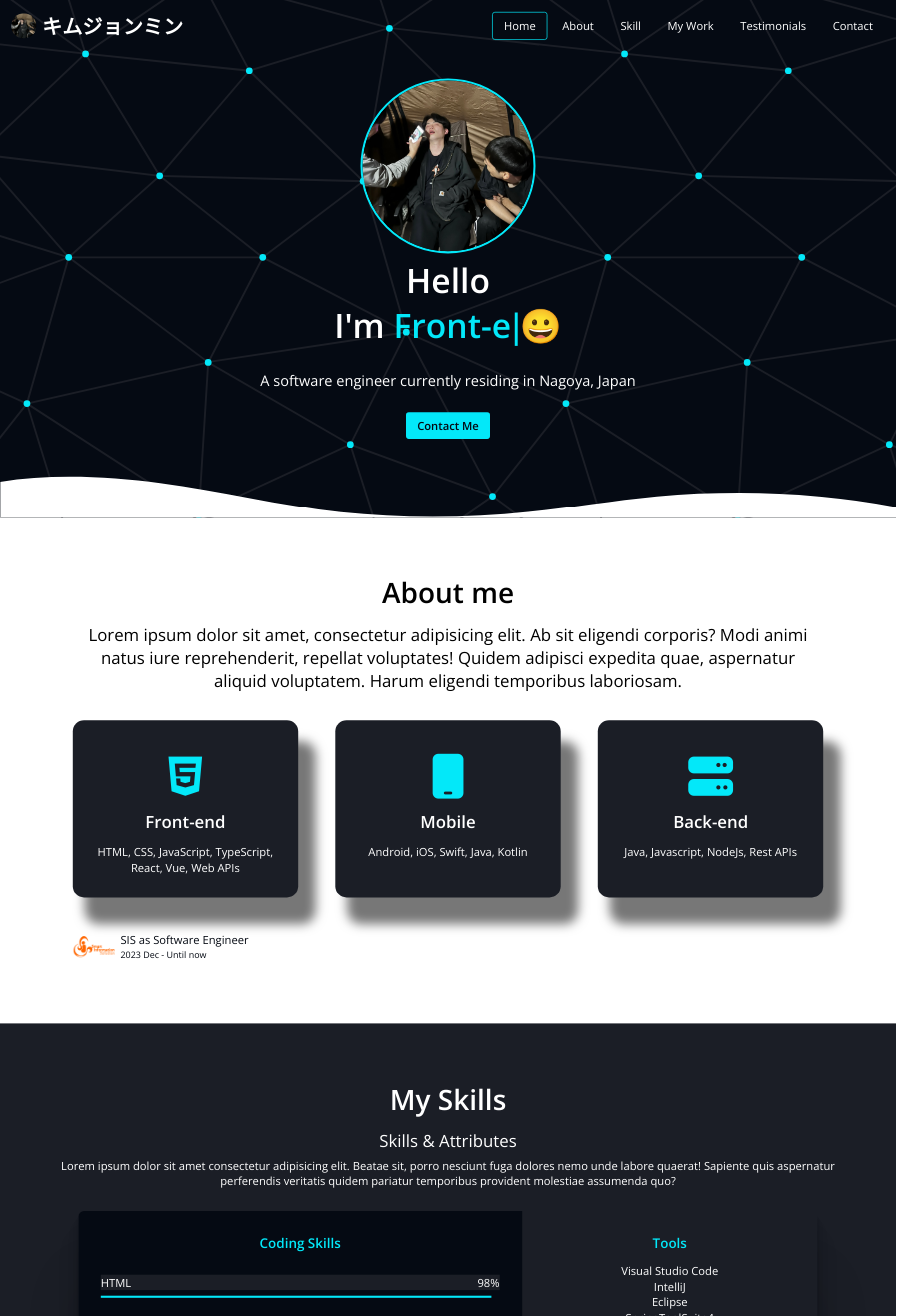
Repository: N1C0N1C0/Portfolio
Page: index.html
The author's editor kept a copy of each file at every save. The page is drawn from the files as they stood at one save, then again after a run of saves.
The browser window is 1280 px wide. The page is 1281 px wide, so the pictures cover 1281 px, including what lies to the right of the window. The pictures show the part of the page from y = 0 to 1880 px (the page is 4463 px tall), at 70% of full size.
Some web libraries are served in a nearby version.

Above is the page before, as saved 2024-01-05 00:28:51.

### index.html
<!DOCTYPE html>
<html lang="jp">
<head>
    <meta charset="UTF-8">
    <meta name="viewport" content="width=device-width, initial-scale=1.0">
    <!-- SEO -->
    <title>My&#39s Portfolio</title>
    <meta
        name="description"
        content="Portfolio for job change"
    />
    <meta
        name="author" content="KimJeongmin"
    />
    <link rel="shortcut icon" href="images/favicon.ico" type="image/x-icon">
    <!-- OG(OPEN Graph Data) -->
    <meta property="og:title" content="Portfolio"/>
    <meta property="og:type" content="website"/>
    <meta property="og:url" content="https://n1c0n1c0.github.io/Portfolio/"/>
    <meta property="og:image" content="https://n1c0n1c0.github.io/Portfolio/images/og.webp"/>
    <!-- Google Fonts -->
    <link rel="preconnect" href="https://fonts.googleapis.com">
    <link rel="preconnect" href="https://fonts.gstatic.com" crossorigin>
    <link href="https://fonts.googleapis.com/css2?family=Noto+Sans+JP:wght@300;400;500&family=Open+Sans:wght@400;600&display=swap" rel="stylesheet">
    <!-- Font Awesome -->
    <script src="https://kit.fontawesome.com/04742e9fab.js" crossorigin="anonymous"></script>
    <!-- Typeit -->
    <script src="https://unpkg.com/typeit@@{TYPEIT_VERSION}/dist/index.umd.js"></script>
    <!-- CSS -->
    <link rel="stylesheet" href="css/style.css">
    <!-- Javascript -->
    <script type="module" src="src/main.js" defer></script>
    <script type="module" src="src/projects.js" defer></script>
    <script type="module" src="src/active_menu.js" defer></script>
    <script type="module" src="src/type.js" defer></script>
</head>
<body>
    <!-- Header -->
    <header class="header">
        <div class="header__logo">
            <img class="header__logo__img" src="images/favicon.ico" alt="logo" />
            <h1 class="header__logo__title"><a href="#">キムジョンミン</a></h1>
        </div>
        <nav class="header__nav">
            <ul class="header__menu">
                <li><a class="header__menu__item active" href="#home">Home</a></li>
                <li><a class="header__menu__item" href="#about">About</a></li>
                <li><a class="header__menu__item" href="#skills">Skill</a></li>
                <li><a class="header__menu__item" href="#work">My Work</a></li>
                <li><a class="header__menu__item" href="#testimonials">Testimonials</a></li>
                <li><a class="header__menu__item" href="#contact">Contact</a></li>
            </ul>
        </nav>
        <button class="header__toggle" aria-label="navigation menu toggle">
            <i class="fa-solid fa-bars"></i>
        </button>
    </header>
    <!-- Main -->
    <main>
        <!-- Home -->
        <section id="home">
            <div class="home__container">
                <img class="home__avatar" src="images/profile.JPG" alt="profile">
                <h2 class="home__title">Hello<br/> I&#39;m <strong class="home__title--strong">Jeongmin Kim</strong> 😀 </h2>
                <p class="home__description">A software engineer currently residing in Nagoya, Japan</p>
                <a class="home__contact" href="#contact">Contact Me</a>
            </div>

        </section>
        <!-- About -->
        <section id="about" class="section max-container">
            <h2 class="title">About me</h2>
            <p class="description">
                Lorem ipsum dolor sit amet, consectetur adipisicing elit. Ab sit eligendi corporis? Modi animi natus iure reprehenderit, repellat voluptates! Quidem adipisci expedita quae, aspernatur aliquid voluptatem. Harum eligendi temporibus laboriosam.
            </p>
            <ul class="majors">
                <li class="major">
                    <i class="fa-brands fa-html5 major__icon"></i>
                    <p class="major__title">Front-end</p>
                    <p>HTML, CSS, JavaScript, TypeScript, React, Vue, Web APIs</p>
                </li>
                <li class="major">
                    <i class="fa-solid fa-mobile major__icon"></i>
                    <p class="major__title">Mobile</p>
                    <p>Android, iOS, Swift, Java, Kotlin</p>
                </li>
                <li class="major">
                    <i class="fa-solid fa-server major__icon"></i>
                    <p class="major__title">Back-end</p>
                    <p>Java, Javascript, NodeJs, Rest APIs</p>
                </li>
            </ul>
            <ul class="jobs">
                <li class="job">
                    <img class="job__img" src="images/sis_image.png" alt="株式 SIS">
                    <div>
                        <p class="job__name">SIS as Software Engineer</p>
                        <p class="job__period">2023 Dec - Until now</p>
                    </div>
                </li>
            </ul>
        </section>
        <!-- Skills -->
        <section id="skills" class="section">
            <div class="max-container">
                <h2 class="title">My Skills</h2>
            <p class="description">Skills & Attributes</p>
            <p>
                Lorem ipsum dolor sit amet consectetur adipisicing elit. Beatae sit, porro nesciunt fuga dolores nemo unde labore quaerat! Sapiente quis aspernatur perferendis veritatis quidem     pariatur temporibus provident molestiae assumenda quo?
            </p>
            <div class="skills">
                <section class="skills__coding">
                    <h3 class="skills__title">Coding Skills</h3>
                    <ul>
                        <li class="bar">
                            <div class="bar__metadata"><span>HTML</span><span>98%</span></div>
                            <div class="bar__bg"><div class="bar__value" style="width: 98%"></div></div>
                        </li>
                        <li class="bar">
                            <div class="bar__metadata"><span>CSS</span><span>98%</span></div>
                            <div class="bar__bg"><div class="bar__value" style="width: 98%"></div></div>
                        </li>
                        <li class="bar">
                            <div class="bar__metadata"><span>JavaScript</span><span>98%</span></div><div class="bar__bg">
                            <div class="bar__value" style="width: 98%"></div></div>
                        </li>
                        <li class="bar">
                            <div class="bar__metadata"><span>TypeScript</span><span>98%</span></div>
                            <div class="bar__bg"><div class="bar__value" style="width: 98%"></div></div>
                        </li>
                        <li class="bar">
                            <div class="bar__metadata"><span>React</span><span>98%</span></div>
                            <div class="bar__bg"><div class="bar__value" style="width: 98%"></div></div>
                        </li>
                        <li class="bar">
                            <div class="bar__metadata"><span>Java</span><span>68%</span></div>
                            <div class="bar__bg"><div class="bar__value" style="width: 68%"></div></div>
                        </li>
                    </ul>
                </section>
                <section class="skills__tools">
                    <h3 class="skills__title">Tools</h3>
                    <ul>
                        <li>Visual Studio Code</li>
                        <li>IntelliJ</li>
                        <li>Eclipse</li>
                        <li>SpringToolSuite4</li>
                    </ul>
                </section>
                <section class="skills__etc">
                    <h3 class="skills__title">Etc</h3>
                    <ul>
                        <li>Git</li>
                        <li>Post Man</li>
                        <li>Math</li>
                    </ul>
                </section>
            </div>
            </div>



        </section>
        <!-- Work -->
        <section id="work" class="section">
            <div class="max-container">
                <h2 class="title">My work</h2>
            <p class="description">Projects</p>
            <ul class="categories">
                <li><button class="category category--selected" data-category="all">All <span class="category__count">8</span></button></li>
                <li><button class="category" data-category="front-end">Front-end <span class="category__count">3</span></button></li>
                <li><button class="category" data-category="back-end">back-end <span class="category__count">3</span></button></li>
                <li><button class="category" data-category="mobile">Mobile <span class="category__count">2</span></button></li>
            </ul>
            <ul class="projects">
                <li class="project" data-type="front-end"><a href="#" target="_blank">
                    <img src="images/ncs_image.gif" alt="profile1" class="project__img">
                    <div class="project__metadata">
                        <h3 class="project__metadata__title">Project #1</h3>
                        <p>Clone Coding with HTML, CSS</p>
                    </div>
                </a></li>
                <li class="project" data-type="front-end"><a href="#" target="_blank">
                    <img src="images/ncs_image.gif" alt="profile2" class="project__img">
                    <div class="project__metadata">
                        <h3 class="project__metadata__title">Project #2</h3>
                        <p>Clone Coding with HTML, CSS</p>
                    </div>
                </a></li>
                <li class="project" data-type="front-end"><a href="#" target="_blank">
                    <img src="images/ncs_image.gif" alt="profile3" class="project__img">
                    <div class="project__metadata">
                        <h3 class="project__metadata__title">Project #3</h3>
                        <p>Clone Coding with HTML, CSS</p>
                    </div>
                </a></li>
                <li class="project" data-type="back-end"><a href="#" target="_blank">
                    <img src="images/ncs_image.gif" alt="profile4" class="project__img">
                    <div class="project__metadata">
                        <h3 class="project__metadata__title">Project #4</h3>
                        <p>Clone Coding with HTML, CSS</p>
                    </div>
                </a></li>
                <li class="project" data-type="back-end"><a href="#" target="_blank">
                    <img src="images/ncs_image.gif" alt="profile5" class="project__img">
                    <div class="project__metadata">
                        <h3 class="project__metadata__title">Project #5</h3>
                        <p>Clone Coding with HTML, CSS</p>
                    </div>
                </a></li>
                <li class="project" data-type="back-end"><a href="#" target="_blank">
                    <img src="images/ncs_image.gif" alt="profile6" class="project__img">
                    <div class="project__metadata">
                        <h3 class="project__metadata__title">Project #6</h3>
                        <p>Clone Coding with HTML, CSS</p>
                    </div>
                </a></li>
                <li class="project" data-type="mobile"><a href="#" target="_blank">
                    <img src="images/ncs_image.gif" alt="profile7" class="project__img">
                    <div class="project__metadata">
                        <h3 class="project__metadata__title">Project #7</h3>
                        <p>Clone Coding with HTML, CSS</p>
                    </div>
                </a></li>
                <li class="project" data-type="mobile"><a href="#" target="_blank">
                    <img src="images/ncs_image.gif" alt="profile8" class="project__img">
                    <div class="project__metadata">
                        <h3 class="project__metadata__title">Project #8</h3>
                        <p>Clone Coding with HTML, CSS</p>
                    </div>
                </a></li>
            </ul>
            </div>
        </section>
        <!-- Testimonials -->
        <section id="testimonials" class="section max-container">
            <h2 class="title">Testimonial</h2>
            <p class="description">See what they say about me</p>
            <ul class="testimonials">
                <li class="testimonial">
                    <img src="images/favicon.ico" alt="" class="testimonial__img">
                    <div class="testimonial__bubble">
                        <p>Lorem ipsum dolor sit amet, consectetur adipisicing elit. Nesciunt modi iusto veniam commodi reiciendis ullam optio, delectus cum pariatur ea magnam accusamus dolor sequi praesentium aliquid laudantium non quae eligendi.</p>
                        <p><a href="#" class="testimonial__bubble__name">James Kim</a> / Google</p>
                    </div>
                </li>
                <li class="testimonial">
                    <img src="images/favicon.ico" alt="" class="testimonial__img">
                    <div class="testimonial__bubble">
                        <p>Lorem ipsum dolor sit amet, consectetur adipisicing elit. Nesciunt modi iusto veniam commodi reiciendis ullam optio, delectus cum pariatur ea magnam accusamus dolor sequi praesentium aliquid laudantium non quae eligendi.</p>
                        <p><a href="#" class="testimonial__bubble__name">James Kim</a> / Google</p>
                    </div>
                </li>
                <li class="testimonial">
                    <img src="images/favicon.ico" alt="" class="testimonial__img">
                    <div class="testimonial__bubble">
                        <p>Lorem ipsum dolor sit amet, consectetur adipisicing elit. Nesciunt modi iusto veniam commodi reiciendis ullam optio, delectus cum pariatur ea magnam accusamus dolor sequi praesentium aliquid laudantium non quae eligendi.</p>
                        <p><a href="#" class="testimonial__bubble__name">James Kim</a> / Google</p>
                    </div>
                </li>
            </ul>
        </section>
        <!-- Arrow up -->
        <aside>
            <div class="arrow__container">
                <a class="arrow-up"  href="#home" title="back to top">
                    <i class="fa-solid fa-arrow-up"></i>
                </a>
            </div>
        </aside>
    </main>
    <!-- Footer -->
    <footer id="contact" class="section">


        <div class="max-container">
            <h2 class="title">Let&#39;s talk</h2>
        <p class="description">dothd8775@gmail.com</p>
        <ul class="contact__links">
            <li>
                <a class="contact__link" href="https//github.com/" target="_blank" title="my github link">
                    <i class="fa-brands fa-github"></i>
                </a>
            </li>
            <li>
                <a class="contact__link" href="https//github.com/" target="_blank" title="my kinkedin link">
                    <i class="fa-brands fa-linkedin"></i>
                </a>
            </li>
        </ul>
        <p>©️kimujeongmin</p>
        </div>
    </footer>
</body>
</html>

### src/type.js
'use strict';

new TypeIt('.home__title--strong')  // Jeongmin Kim
.move(-11)
.type('Amazing ')           // Amazing | Jeongmin Kim
.move(null, { to : 'END'})  // Amazing Jeongmin Kim
.delete()
.type('Front-end Engineer')
    .go();

Loaded but not shown: src/active_menu.js (55 lines, source omitted); src/main.js (52 lines, source omitted); src/projects.js (38 lines, source omitted); css/style.css (633 lines, source omitted)

After the next 2 saves:
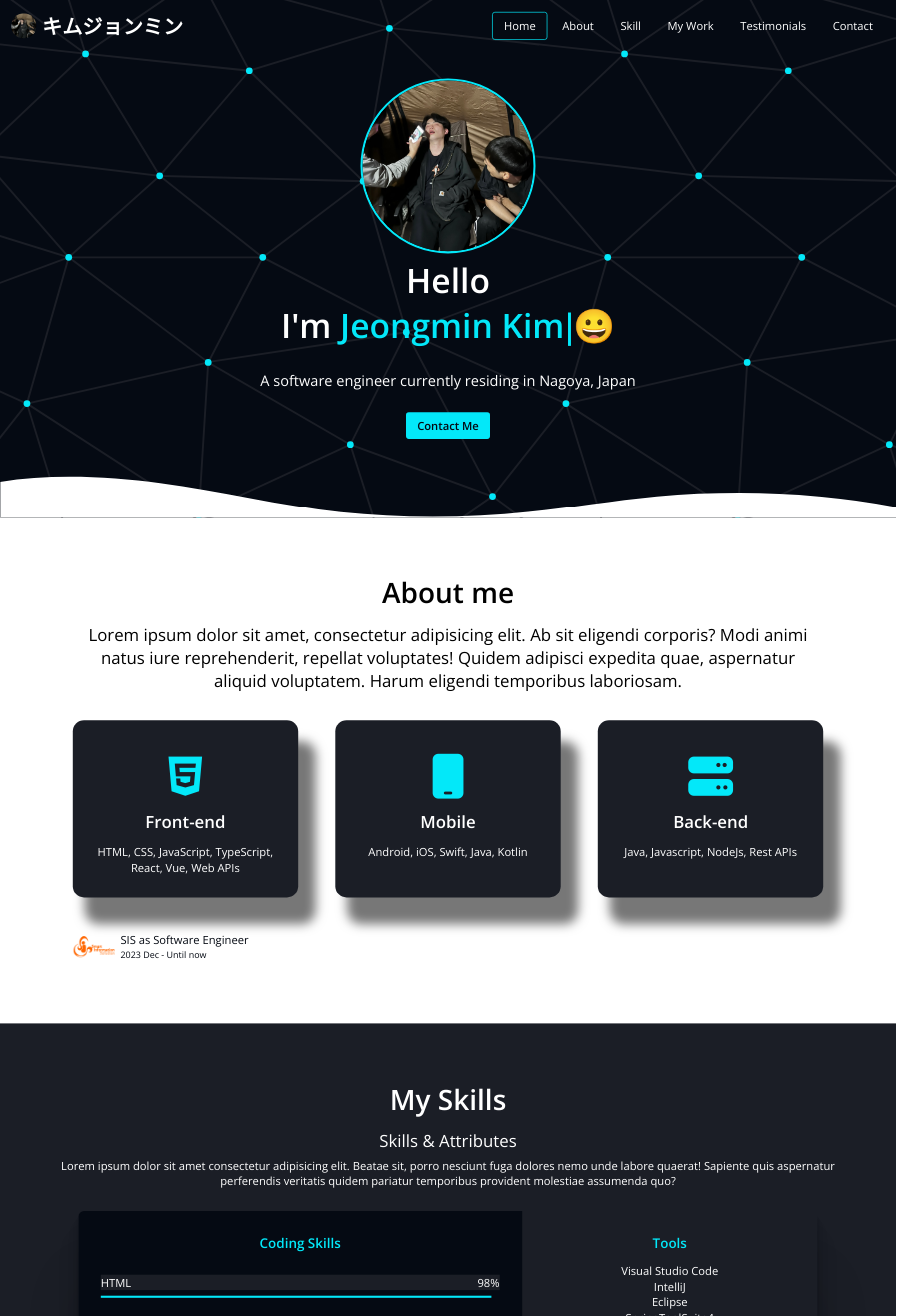
The 2 saves are shown as one change because they came seconds apart.
The last was saved 4 min 3 s later.
--- a/src/type.js
+++ b/src/type.js
@@ -1,9 +1,8 @@
 'use strict';
 
-new TypeIt('.home__title--strong')  // Jeongmin Kim
-.move(-11)
-.type('Amazing ')           // Amazing | Jeongmin Kim
-.move(null, { to : 'END'})  // Amazing Jeongmin Kim
-.delete()
-.type('Front-end Engineer')
-    .go();
+new TypeIt('.home__title--strong').go();  // Jeongmin Kim
+// .move(-11)
+// .type('Amazing ')           // Amazing | Jeongmin Kim
+// .move(null, { to : 'END'})  // Amazing Jeongmin Kim
+// .delete()
+// .type('Front-end Engineer')

After the save that followed:
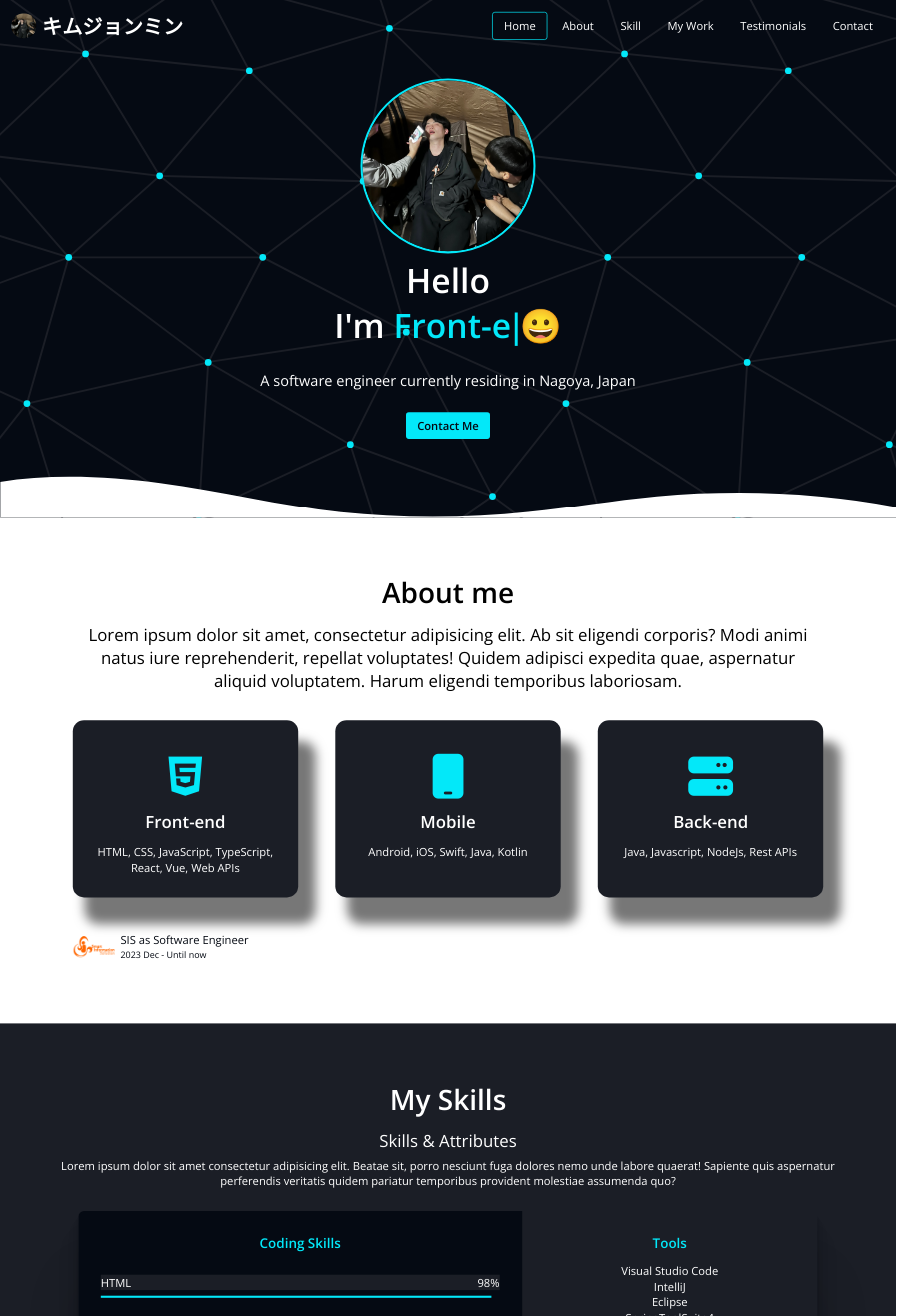
Saved 98 s later.
--- a/src/type.js
+++ b/src/type.js
@@ -1,8 +1,12 @@
 'use strict';
 
-new TypeIt('.home__title--strong').go();  // Jeongmin Kim
-// .move(-11)
-// .type('Amazing ')           // Amazing | Jeongmin Kim
-// .move(null, { to : 'END'})  // Amazing Jeongmin Kim
-// .delete()
-// .type('Front-end Engineer')
+document.addEventListener('DOMContentLoaded', function () {
+    // TypeIt 초기화 코드 여기에 추가
+    new TypeIt('.home__title--strong')
+      .move(-11)
+      .type('Amazing ')
+      .move(null, { to: 'END' })
+      .delete()
+      .type('Front-end Engineer')
+      .go();
+  });
